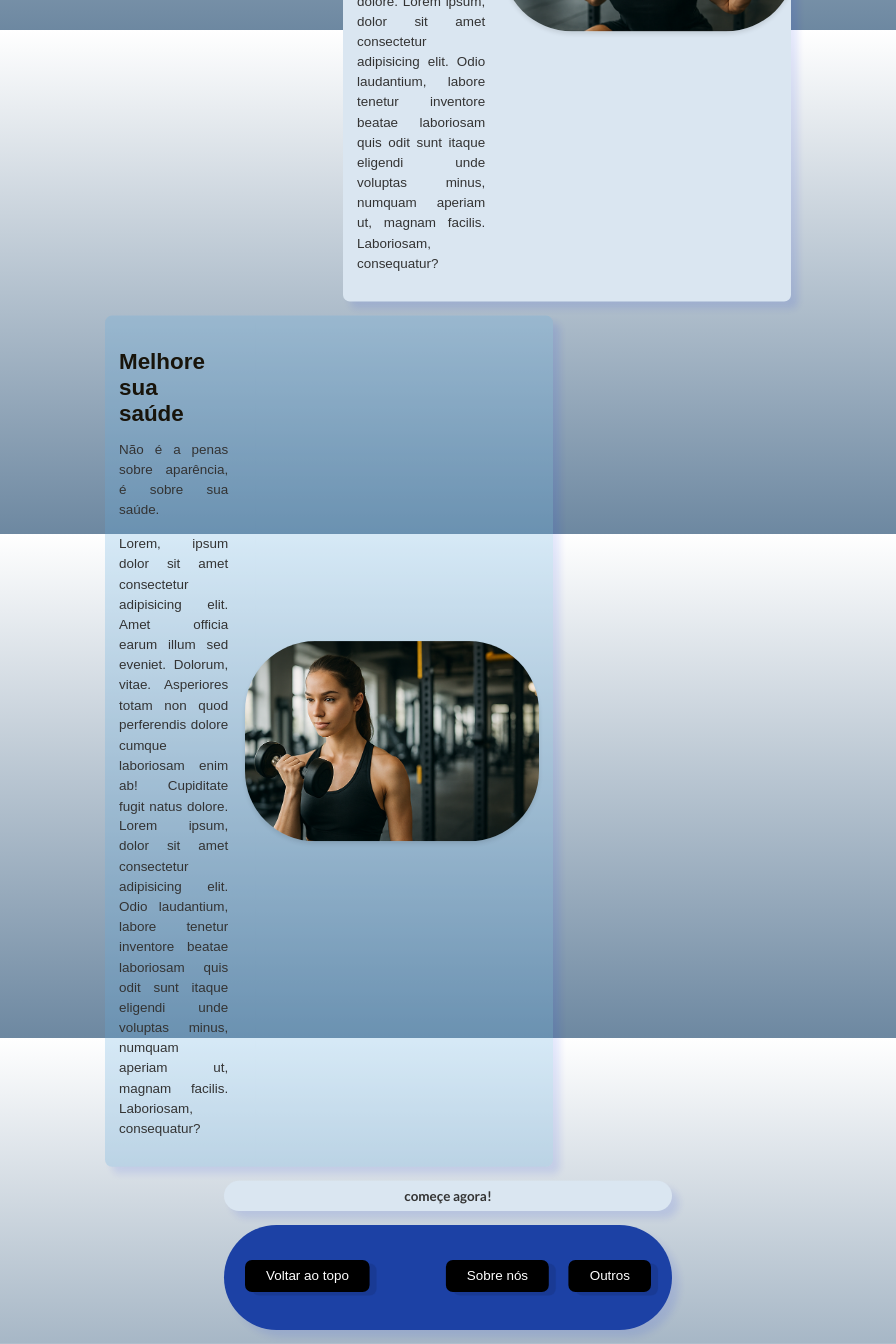
Repository: LuidyOn/Site_Forca_Total
Page: ForçaTotal/index.html
An editor plug-in stored every save of this project. The page is shown before and after the next save, followed by the edit.
The browser window is 1280 px wide. The pictures show the part of the page from y = 2117 to 4037 px (the page is 4037 px tall before and 4021 px after), at 70% of full size.
Backgrounds fixed to the window are drawn as part of the page.

Above is the page before, as saved 2025-05-22 20:32:12.
Not found: ForçaTotal/js/script.js

After the next save:
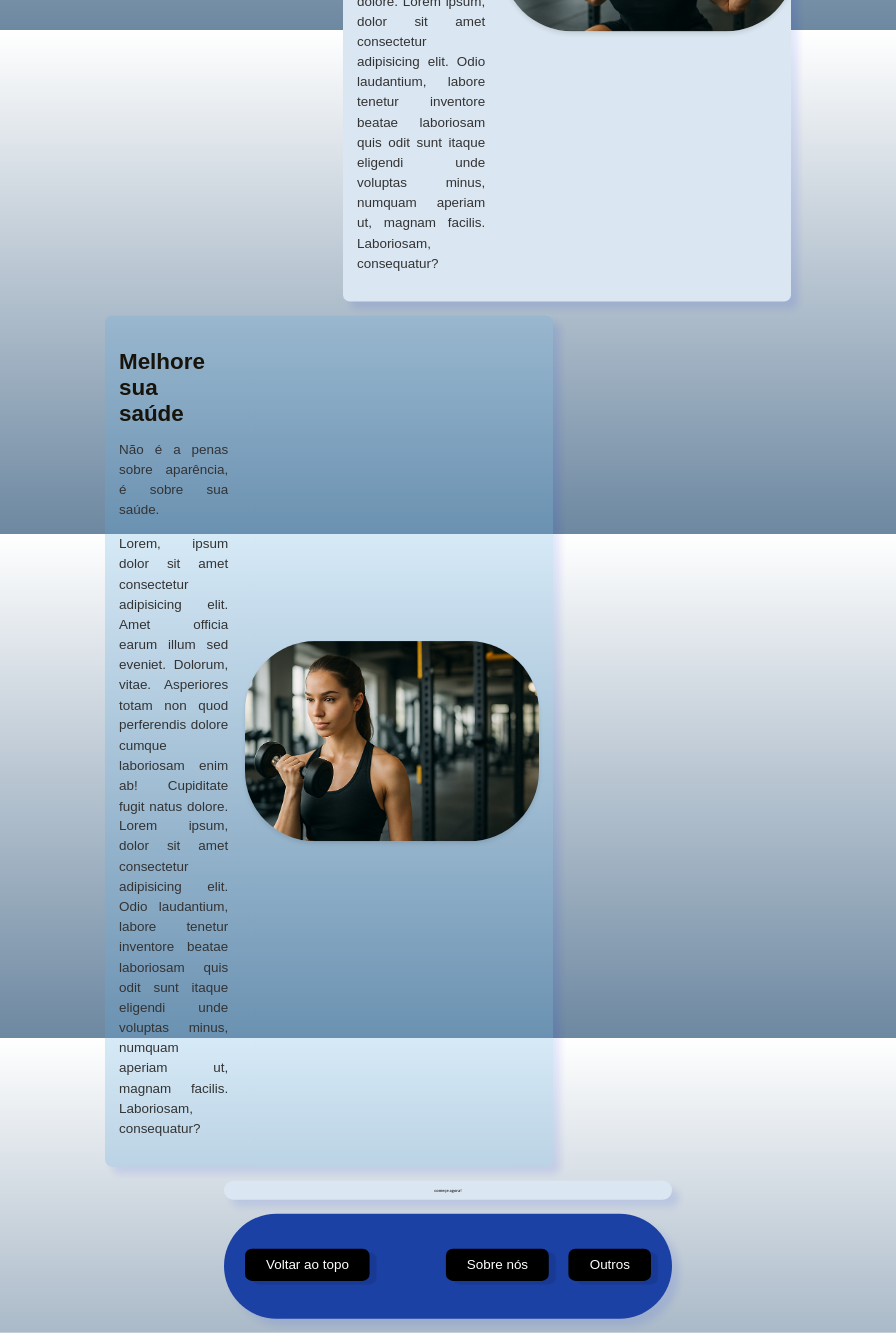
Saved 9 s later.
--- a/ForçaTotal/index.html
+++ b/ForçaTotal/index.html
@@ -48,7 +48,7 @@
     </section>
 
     <a href="paginas/sobrenos.html" style="text-decoration: none; color: inherit; font-family: 'Lato', Arial, sans-serif;">
-        <section class="clicavel-section" style="font-family: 'Lato', Arial, sans-serif; font-size: 1.2em; padding: 10px 0;">
+        <section class="clicavel-section" style="font-family: 'Lato', Arial, sans-serif; font-size: 0.2em; padding: 10px 0;">
             <h1 style="text-align: center; font-family: 'Lato', Arial, sans-serif; font-size: 1em; margin: 0;">começe agora!</h1>
         </section>
     </a>
